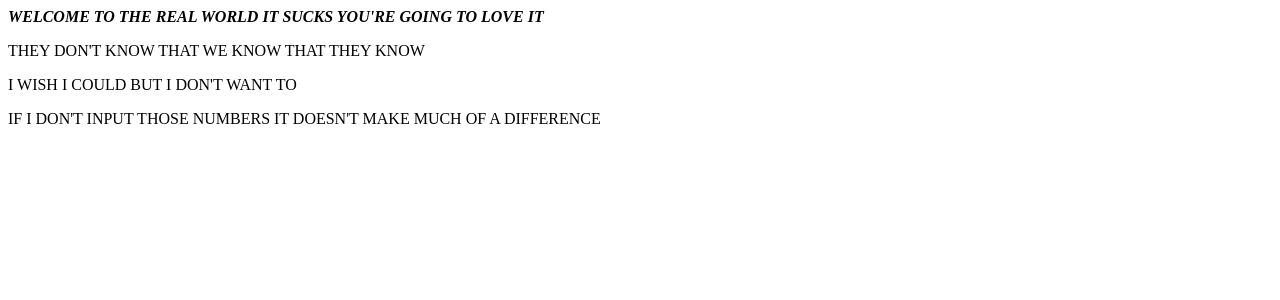
Repository: zhanj122/zhanj122.github.io
Page: composition/index.html
The author's editor kept a record of every edit. The page is drawn from the files as they stood at one moment, then again after the next edit.
The browser window is 1280 px wide. The pictures show the whole page.

Above is the page before.

### composition/index.html
<html>

  <p><em><strong>WELCOME TO THE REAL WORLD IT SUCKS YOU'RE GOING TO LOVE IT</strong></em></p>

  <p>THEY DON'T KNOW THAT WE KNOW THAT THEY KNOW</p>

  <p>I WISH I COULD BUT I DON'T WANT TO</p>

  <p>IF I DON'T INPUT THOSE NUMBERS IT DOESN'T MAKE MUCH OF A DIFFERENCE</p>

</html>

After the next edit:
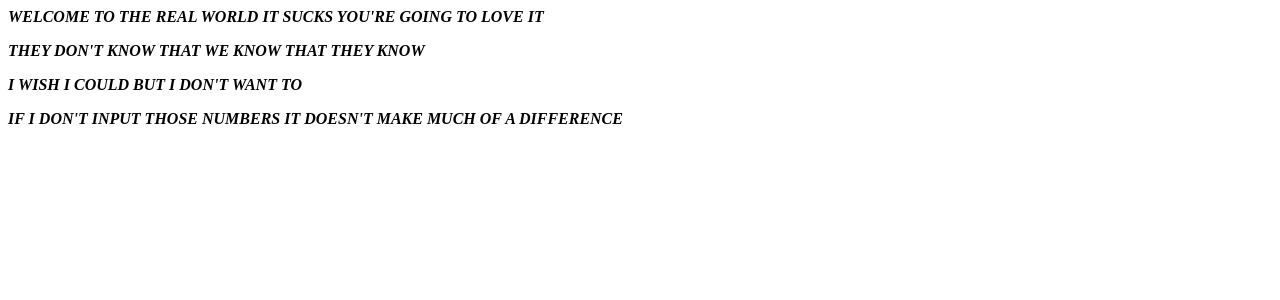
The edit:
--- a/composition/index.html
+++ b/composition/index.html
@@ -2,7 +2,7 @@
 
   <p><em><strong>WELCOME TO THE REAL WORLD IT SUCKS YOU'RE GOING TO LOVE IT</strong></em></p>
 
-  <p>THEY DON'T KNOW THAT WE KNOW THAT THEY KNOW</p>
+  <p><em><strong>THEY DON'T KNOW THAT WE KNOW THAT THEY KNOW</p>
 
   <p>I WISH I COULD BUT I DON'T WANT TO</p>
 
